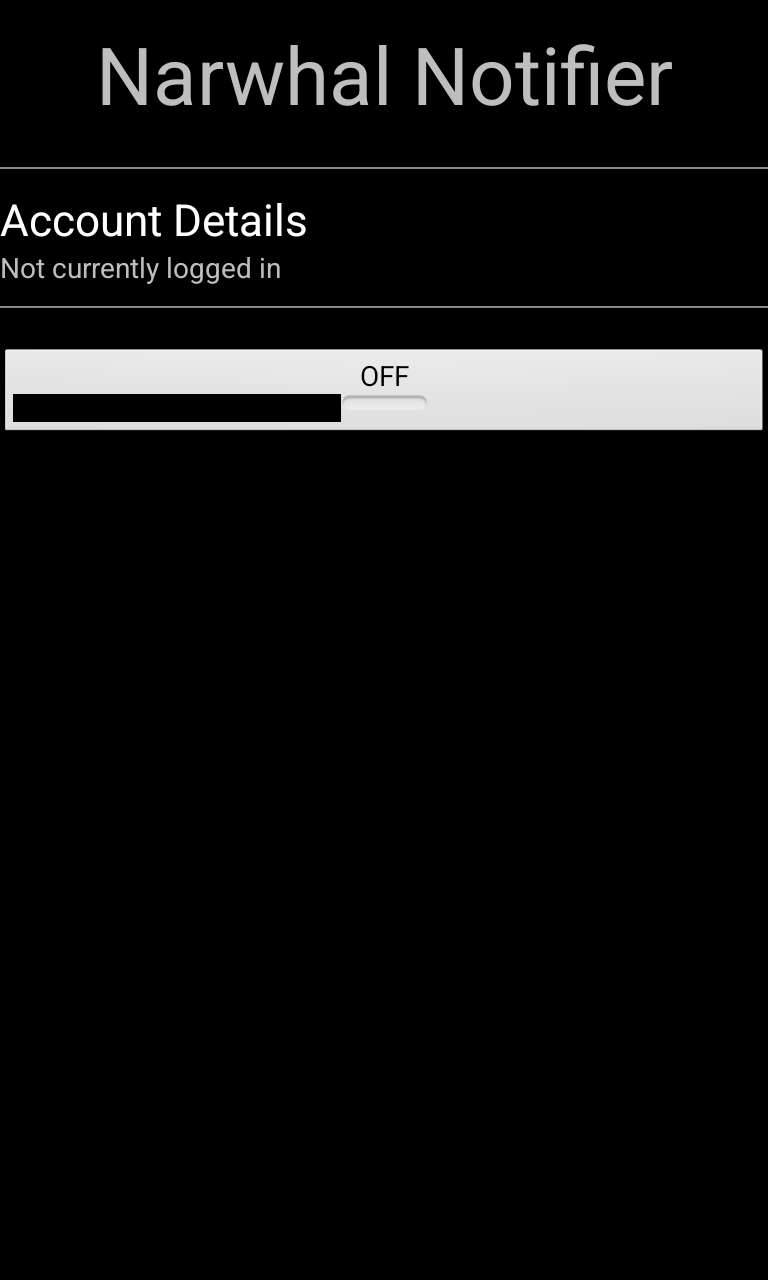
Repository: shawnbuso/NarwhalNotifier
Layout: Narwhal Notifier/res/layout/main.xml
The author's editor kept a copy of each file at every save. The layout is drawn from the files as they stood at one save, then again after the next save.
It is drawn on a 768 x 1280 px phone screen (xhdpi) without system bars, with theme android:Theme; the app's code is not run.

Above is the layout before, as saved 2012-01-11 18:36:58.

### Narwhal Notifier/res/layout/main.xml
<?xml version="1.0" encoding="utf-8"?>
<LinearLayout xmlns:android="http://schemas.android.com/apk/res/android"
    android:layout_width="fill_parent"
    android:layout_height="fill_parent"
    android:orientation="vertical" >

    <TextView
        android:id="@+id/title"
        android:layout_width="fill_parent"
        android:layout_height="wrap_content"
        android:gravity="center_horizontal"
        android:text="@string/app_name"
		android:textSize="40dp"
		android:layout_marginTop="10dp"
		android:layout_marginBottom="10dp"/>

    <View
        android:id="@+id/separator"
        android:layout_width="fill_parent"
        android:layout_height="1dip"
        android:layout_alignParentTop="true"
        android:layout_centerVertical="true"
        android:background="#888888"
		android:layout_marginTop="10dp"
		android:layout_marginBottom="10dp"/>

    <include layout="@layout/list_item"
		android:layout_marginTop="10dp"
		android:layout_marginBottom="10dp"/>

    <View
        android:id="@id/separator"
        android:layout_width="fill_parent"
        android:layout_height="1dip"
        android:layout_alignParentTop="true"
        android:layout_centerVertical="true"
        android:background="#888888"
		android:layout_marginTop="10dp"
		android:layout_marginBottom="10dp"/>

    <ToggleButton
        android:id="@+id/serviceToggle"
        android:layout_width="fill_parent"
        android:layout_height="wrap_content"
        android:textOf="Enable Service"
        android:textOn="Disable Service"
		android:layout_marginTop="10dp"
		android:layout_marginBottom="10dp"/>

</LinearLayout>

### Narwhal Notifier/res/values/strings.xml
<?xml version="1.0" encoding="utf-8"?>
<resources>

    <string name="hello">Hello World, NarwhalNotifier!</string>
    <string name="app_name">Narwhal Notifier</string>

</resources>

### Narwhal Notifier/res/layout/list_item.xml
<?xml version="1.0" encoding="utf-8"?>
<LinearLayout xmlns:android="http://schemas.android.com/apk/res/android"
    android:layout_width="fill_parent"
    android:layout_height="wrap_content"
    android:orientation="vertical"
    android:id="@+layout/list_item" >

    <TextView
        android:id="@+id/textView1"
        android:layout_width="wrap_content"
        android:layout_height="wrap_content"
        android:text="Account Details"
        android:textAppearance="?android:attr/textAppearanceLarge" />

    <TextView
        android:id="@+id/textView2"
        android:layout_width="wrap_content"
        android:layout_height="wrap_content"
        android:text="Not currently logged in"
        android:textAppearance="?android:attr/textAppearanceSmall" />

</LinearLayout>

After the next save:
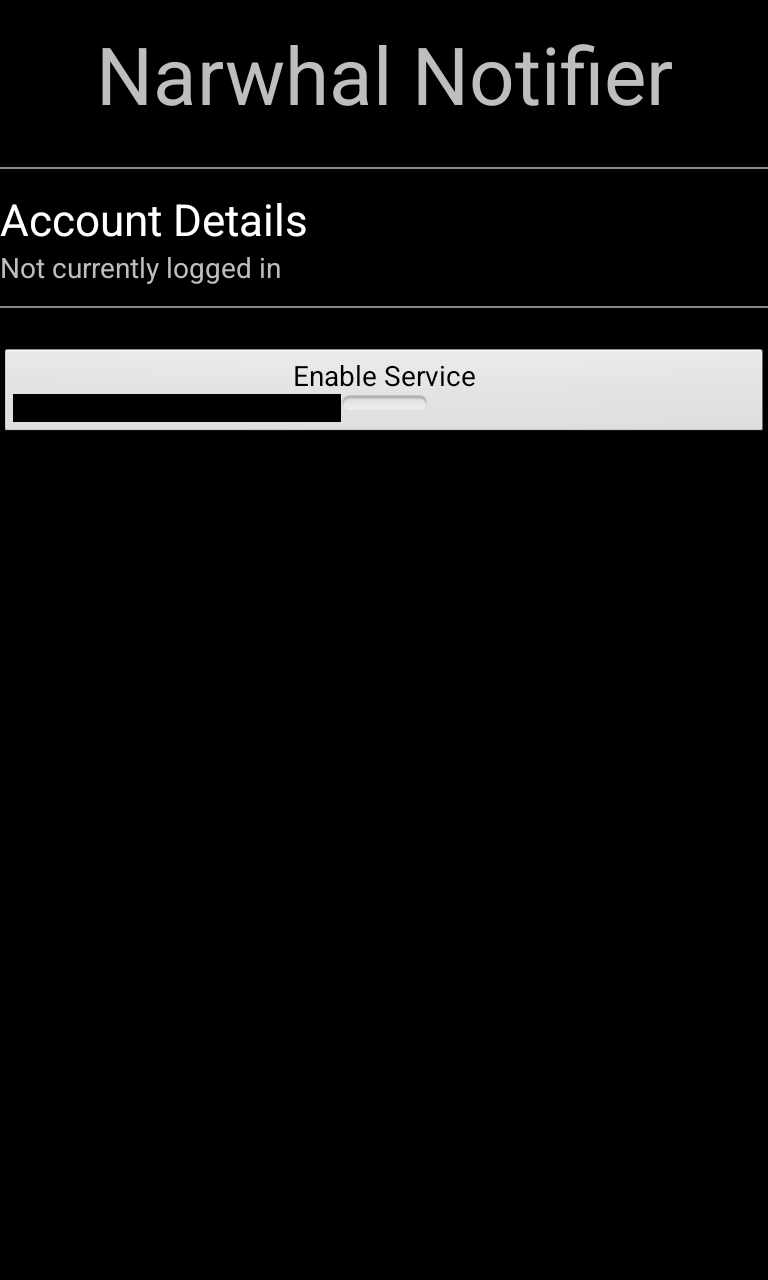
Saved 13 s later.
--- a/Narwhal Notifier/res/layout/main.xml
+++ b/Narwhal Notifier/res/layout/main.xml
@@ -42,7 +42,7 @@
         android:id="@+id/serviceToggle"
         android:layout_width="fill_parent"
         android:layout_height="wrap_content"
-        android:textOf="Enable Service"
+        android:textOff="Enable Service"
         android:textOn="Disable Service"
 		android:layout_marginTop="10dp"
 		android:layout_marginBottom="10dp"/>
